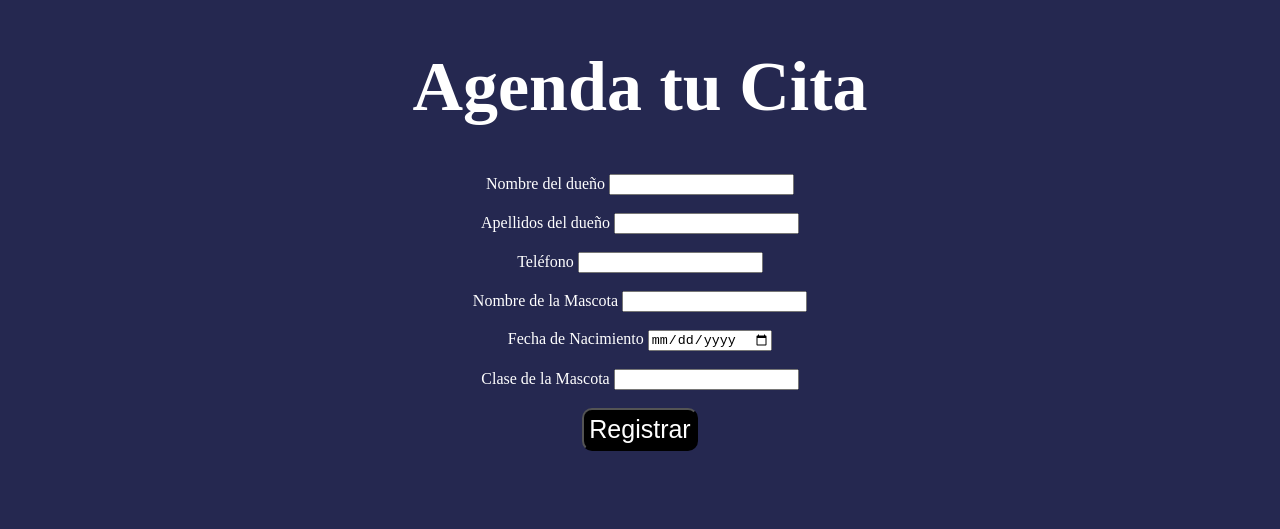
Repository: julioangarita/web-vet-cym
Page: http://localhost/register_page
The author's editor kept a record of every edit. The page is drawn from the files as they stood at one moment, then again after the next edit.
The browser window is 1280 px wide. The pictures show the whole page.
The page is served by the project's application, run on Flask 3 (server.py).

Above is the page before.

### templates/register.html
<!DOCTYPE html>
<html>
    <head>
        <meta http-equiv="content-type" content="text/html; charset=utf-8" />
        <title>Web Vet</title>
         <link rel="stylesheet" href="../static/css/styleregister.css" type="text/css" media="all" />
        <script src="../static/js/appregister.js" type="text/javascript" charset="utf-8"></script>
    </head>
    <body>
        <h1>Agenda tu Cita</h1>
        <form action = "/register_user" method = "post">
            <label>Nombre del dueño</label> <input type="text" name="Nombre"  /><br><br>
            <label>Apellidos del dueño</label> <input type="text" name="Apellidos" /><br><br>
            <label>Teléfono</label> <input type="tel" name="Telefono"  /><br><br>
            <label>Nombre de la Mascota</label> <input type="text" name="Mascota" /><br><br>
            <label>Fecha de Nacimiento</label> <input type="date" name = "Nacimiento" /><br><br>
            <label>Clase de la Mascota</label> <input type="text" name="Clase" /><br><br>
            <button onClick="registerUser()">Registrar</button>

        </form>
    </body>
</html>

### controller/control.py
from flask import render_template, request
from database.db import *

def func_home_page():
    return render_template('home.html')

def func_register_page():
    return render_template('register.html')

def func_consult_page():
    return render_template('consult.html')

def func_register_user():
    id = request.form["id"]
    Nombre = request.form["name"]
    Apellidos = request.form["lastname"]
    Telefono = request.form["birthday"]
    Telefono = request.form["birthday"]
    Telefono = request.form["birthday"]
    Telefono = request.form["birthday"]
    confirm_user = add_user(id, name, lastname, birthday)
    if confirm_user:
        return "<h1>The user was created sucessfully</h1>"
    else:
        return "<h1>Error: The user was not created</h1>"

def func_consult_user():
    obj_user = request.get_json()
    id = obj_user["id"]
    passw = obj_user["passw"] #es solo para pruebas no se utiliza
    result_data = consult_user(id)
    response = ""
    if result_data != False and len(result_data) != 0:
        response = {
            'status': "ok",
            'name': result_data[0][1]
        }
    else:
        response = {
            'status':"error"
        }
    return response

### routes/route.py
from controller.control import *
from server import app #el archivo server esta en la ruta raiz

@app.route("/") # el '/' significa ruta raiz
def home_page():
    return func_home_page()

@app.route("/register_page")
def register_page():
    return func_register_page()

@app.route("/consult_page")
def consult_page():
    return func_consult_page()


@app.route("/register_user", methods = ["post"]) #el metodo corresponde a los usados en html son , get post, etc
def register_user():
    return func_register_user()

@app.route("/consult_user", methods = ["post"])
def consult_user():
    return func_consult_user()

### server.py
from flask import Flask, render_template, request


app = Flask(__name__)

from routes.route import *


if __name__ =="__main__":
    host = "0.0.0.0"
    port = "80"
    app.run(host, port) #este es un metodo de flask para correr un server

### database/db.py
import pymysql

db_host = 'database-vet.cngkqius2dwz.us-east-1.rds.amazonaws.com'
db_user = 'admin'
db_password = 'Tienda123'
db_database = 'db_nexovet'
db_table = 'users'

def connectionSQL():
    try:
        connection_sql = pymysql.connect(
            host = db_host,
            user = db_user,
            password = db_password,
            database = db_database
        )
        print("Sucessfull connection to the Database")
        return connection_sql
    except Exception as err:
        print("Error connecting to the database")
        print(err)
        return None

def add_user(id, Nombre, Apellidos, Telefono, Mascota, Nacimiento, Clase):
    instruction_sql = "INSERT INTO " + db_table + "(id, Nombre, Apellidos, Telefono, Mascota, Nacimiento, Clase) VALUES ("+id+", '"+Nombre+"', '"+Apellidos+"', '"+Telefono+"', '"+Mascota+"', '"+Nacimiento+"', '"+Clase+"')"
    connection_sql = connectionSQL()
    try:
        if connection_sql != None:
            cursor = connection_sql.cursor()
            cursor.execute(instruction_sql)
            connection_sql.commit()
            print("User added")
            return True
        else:
            print("Error connecting to the database")
            return False
    except Exception as err:
        print("Error creating the user")
        print(err)
        return False

def consult_user(id):
    instruction_sql = "SELECT * FROM users WHERE id = " + id
    connection_sql = connectionSQL()
    try:
        cursor = connection_sql.cursor()
        cursor.execute(instruction_sql)
        result_data = cursor.fetchall()
        return result_data
    except Exception as err:
        print("Error", err)
        return False

### static/css/styleregister.css
button {
    font-size: 25px;
    background-color: black;
    color: white;
    border-radius: 10px;
    padding: 5px;
    margin-left: 1%;
    margin-right: 1%;
}

h1 {
    text-align: center;
    font-size: 70px;
    color: white;
}

body {
    background-color: #252850;
    color: white;

}

form{
    text-align: center;
}

### static/js/appregister.js
function registerUser(){
    alert("Boton de registro clickeado")
}

After the next edit:
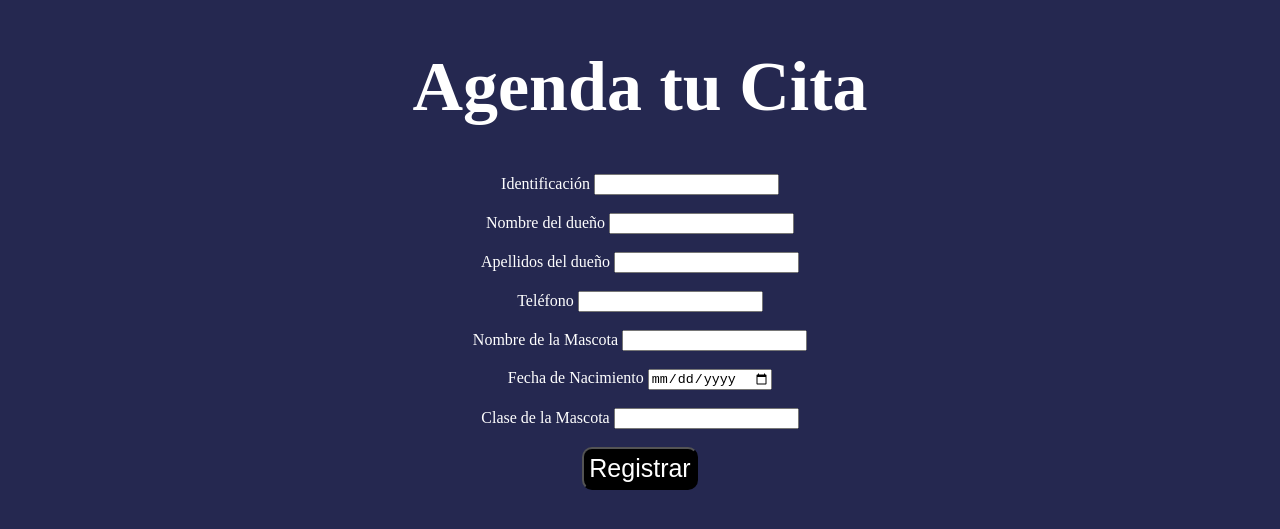
The edit:
--- a/templates/register.html
+++ b/templates/register.html
@@ -9,6 +9,7 @@
     <body>
         <h1>Agenda tu Cita</h1>
         <form action = "/register_user" method = "post">
+            <label>Identificación</label> <input type="number" name="id"  /><br><br>
             <label>Nombre del dueño</label> <input type="text" name="Nombre"  /><br><br>
             <label>Apellidos del dueño</label> <input type="text" name="Apellidos" /><br><br>
             <label>Teléfono</label> <input type="tel" name="Telefono"  /><br><br>
